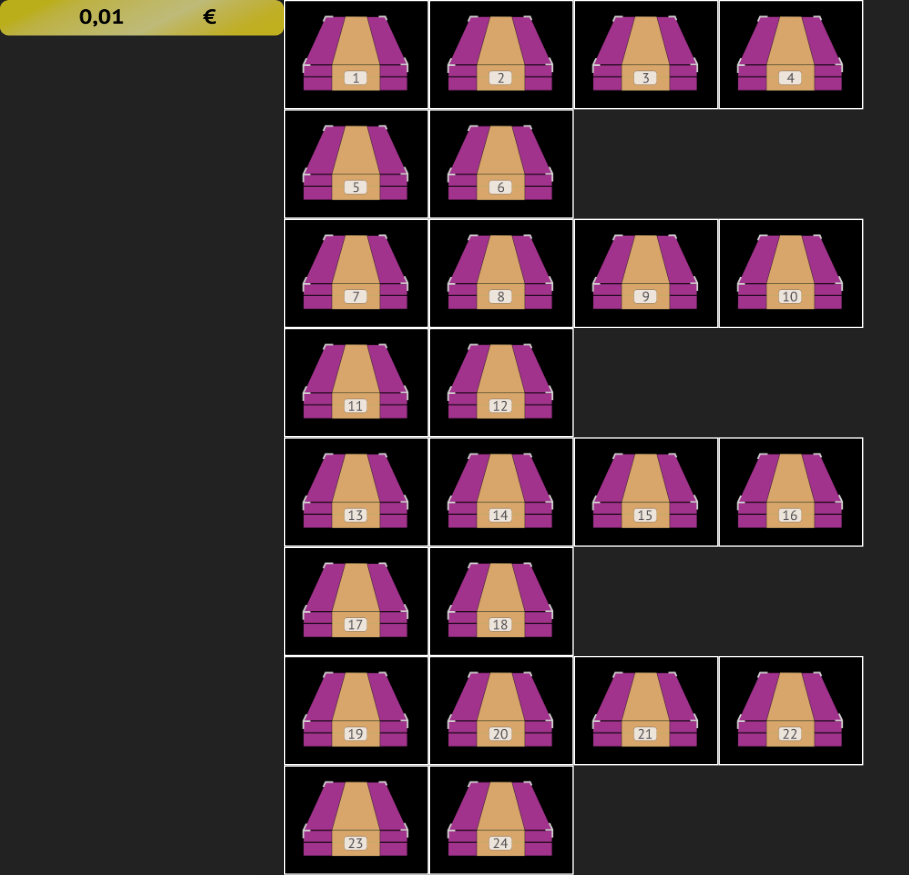
Repository: elnacp/Deal_or_no_deal
Page: DealOrNoDeal/index.html
These files come from the project's save history. The page is drawn as it stood at one moment and after the next save; the edit follows.
The browser window is 1280 px wide. The pictures show the whole page, at 71% of full size.
Some web libraries are served in a nearby version.

Above is the page before, as saved 2017-11-25 23:22:37.

### DealOrNoDeal/index.html
<!DOCTYPE html>
<html>
<head>
    <meta charset="utf-8" />
    <meta name="viewport" content="width=device-width, initial-scale=1.0, maximum-scale=1.0">
    <meta name="description" content="Tizen TV basic template generated by Samsung TV Web IDE"/>

    <title>Tizen TV Web IDE - Tizen TV - Tizen TV basic Application</title>

	<!-- jQuery library -->
	<script src="https://ajax.googleapis.com/ajax/libs/jquery/3.1.1/jquery.min.js"></script>

    <link rel="stylesheet" type="text/css" href="css/style.css"/>
    <script src="js/main.js"></script>
</head>

<body>
	<div id="container">
		<div id = "left">
			<input type="image"  id ="prizes" src="./img/prizes/0,01.png"  />
		</div>
		<div id="central">
			<div id="chests">
				<input type="image"  id ="image" src="./img/chests/1.png"  />
				<input type="image"  id ="image" src="./img/chests/2.png"  />
				<input type="image"  id ="image" src="./img/chests/3.png"  />
				<input type="image"  id ="image" src="./img/chests/4.png"  />
				<input type="image"  id ="image" src="./img/chests/5.png"  />
				<input type="image"  id ="image" src="./img/chests/6.png"  />
			</div>
			<div id="chests">
				<input type="image"  id ="image" src="./img/chests/7.png"   />
				<input type="image"  id ="image" src="./img/chests/8.png"   />
				<input type="image"  id ="image" src="./img/chests/9.png"   />
				<input type="image"  id ="image" src="./img/chests/10.png"  />
				<input type="image"  id ="image" src="./img/chests/11.png"  />
				<input type="image"  id ="image" src="./img/chests/12.png"  />
			</div>
			<div id="chests">
				<input type="image"  id ="image" src="./img/chests/13.png"  />
				<input type="image"  id ="image" src="./img/chests/14.png"  />
				<input type="image"  id ="image" src="./img/chests/15.png"  />
				<input type="image"  id ="image" src="./img/chests/16.png"  />
				<input type="image"  id ="image" src="./img/chests/17.png"  />
				<input type="image"  id ="image" src="./img/chests/18.png"  />
			</div>
			<div id="chests">
				<input type="image"  id ="image" src="./img/chests/19.png"  />
				<input type="image"  id ="image" src="./img/chests/20.png"  />
				<input type="image"  id ="image" src="./img/chests/21.png"  />
				<input type="image"  id ="image" src="./img/chests/22.png"  />
				<input type="image"  id ="image" src="./img/chests/23.png"  />
				<input type="image"  id ="image" src="./img/chests/24.png"  />
			</div>
		</div>
	</div>

</body>

</html>

### DealOrNoDeal/css/style.css
* {
    font-family: Verdana, Lucida Sans, Arial, Helvetica, sans-serif;
}

body {
    margin: 0px auto;
    background-color:#222;
}

.contents {
	display: flex;
	display: -webkit-flex;
	box-sizing: border-box;
	-webkit-box-sizing: border-box;
	height:320px;
}


.content_text {
	font-weight:bold;
	font-size:5em;
	color:#fff;
}

#container {
  	display: flex;
  	flex-flow: row nowrap; /* Align on the same line */
  	justify-content: space-between; /* Equal margin between the child elements */
}








#prizes{
	width: 400px;
	height:50px;
}

#image{
	width:200px;
	height:150px;
	float:left;
	border: 2px solid white;
}

#chests{
	float:left;
}

### DealOrNoDeal/js/main.js

window.onload = function () {
    // TODO:: Do your initialization job

    // add eventListener for tizenhwkey
    document.addEventListener('tizenhwkey', function(e) {
        if(e.keyName == "back")
	try {
	    tizen.application.getCurrentApplication().exit();
	} catch (ignore) {
	}
    });



    // Sample code
    /*var textbox = document.querySelector('.contents');
    textbox.addEventListener("click", function(){
    	box = document.querySelector('#textbox');
    	box.innerHTML = box.innerHTML == "Basic" ? "Funciona" : "Basic";
    }); */


};

After the next save:
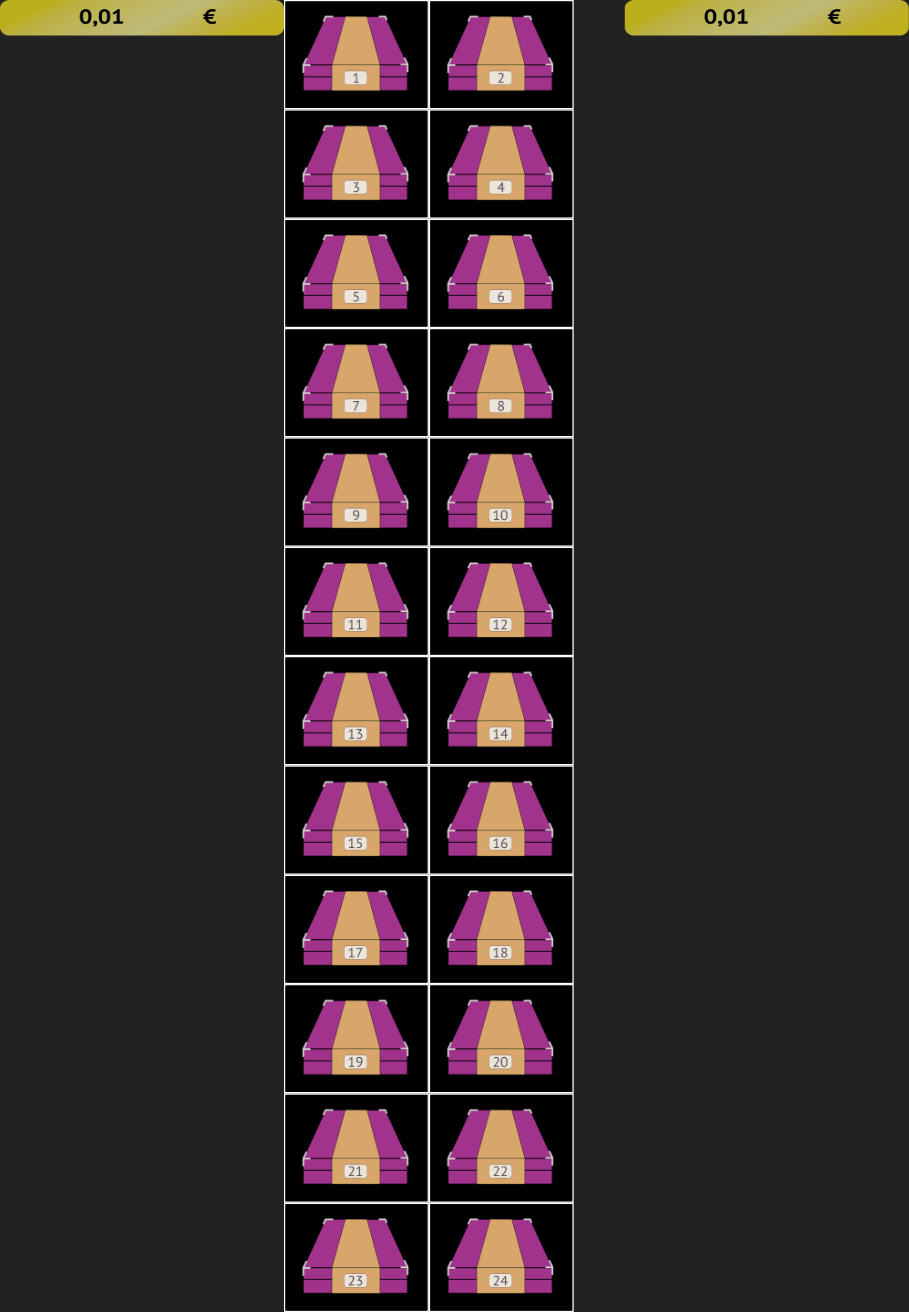
Saved 23 s later.
--- a/DealOrNoDeal/index.html
+++ b/DealOrNoDeal/index.html
@@ -53,6 +53,9 @@
 				<input type="image"  id ="image" src="./img/chests/24.png"  />
 			</div>
 		</div>
+		<div id = "right">
+			<input type="image"  id ="prizes" src="./img/prizes/0,01.png"  />
+		</div>
 	</div>
 
 </body>
